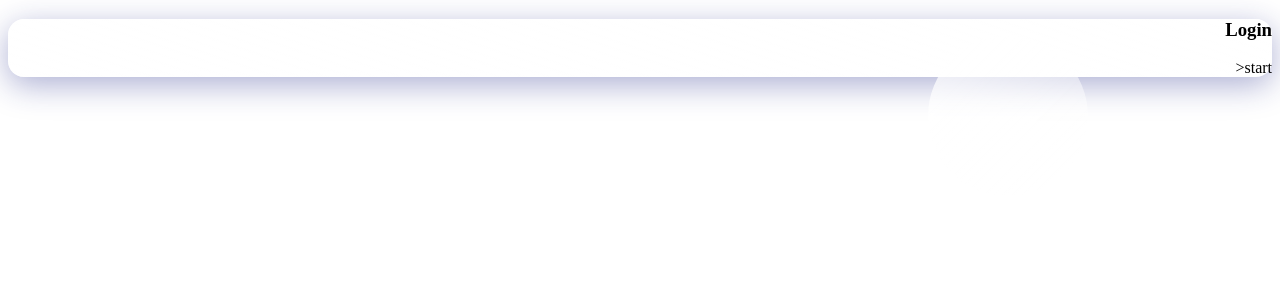
Repository: umarrg/isatmis
Page: /
The author's editor kept a copy of each file at every save. The page is drawn from the files as they stood at one save, then again after the next save.
The browser window is 1280 px wide. The pictures show the whole page.
The project was rebuilt for these pictures with package versions that can differ from the ones it lists, and the page was loaded fresh each time. Also part of the build but not shown: vue.config.js, src/views/Home.vue. Imported but missing from the stored project, and not drawn on this page: src/plugins/vuetify, src/views/about.vue, src/views/setting.vue.

Above is the page before, as saved 2021-01-26 12:02:11.

### public/index.html
<!DOCTYPE html>
<html lang="en">
  <head>
    <meta charset="utf-8">
    <meta http-equiv="X-UA-Compatible" content="IE=edge">
    <meta name="viewport" content="width=device-width,initial-scale=1.0">
    <link rel="icon" href="<%= BASE_URL %>favicon.ico">
    <title><%= htmlWebpackPlugin.options.title %></title>
    <link rel="stylesheet" href="https://fonts.googleapis.com/css?family=Roboto:100,300,400,500,700,900">
    <link rel="stylesheet" href="https://cdn.jsdelivr.net/npm/@mdi/font@latest/css/materialdesignicons.min.css">

  </head>
  <body>
    <noscript>
      <strong>We're sorry but <%= htmlWebpackPlugin.options.title %> doesn't work properly without JavaScript enabled. Please enable it to continue.</strong>
    </noscript>
    <div id="app"></div>
    <!-- built files will be auto injected -->
  </body>
</html>

### src/main.js
import Vue from 'vue'
import App from './App.vue'
import router from './router'
import vuetify from './plugins/vuetify';

Vue.config.productionTip = false,


new Vue({
  router,
  vuetify,
  render: h => h(App)
}).$mount('#app')

### src/App.vue
<template>
  <v-app>
    <navbar v-if="$route.meta.showHeader == true"/>
    <v-main>
      <router-view></router-view>
    </v-main>
  </v-app>
</template>

<script>
import navbar from '../src/components/Navbar'
export default {
  name: 'App',

  components: {
   navbar
  },

  data: () => ({
    //
  }),
};
</script>

### src/router/index.js
import Vue from 'vue'
import VueRouter from 'vue-router'
import Home from '../views/Home.vue'

Vue.use(VueRouter)

const routes = [
  {
    path: '/home',
    name: 'Home',
    component: Home,
    meta: {
      showHeader: true,
    },
  },
  {
    path: '/map',
    name: 'Map',

    meta: {
      showHeader: true,
    },
    // route level code-splitting
    // this generates a separate chunk (about.[hash].js) for this route
    // which is lazy-loaded when the route is visited.
    component: () => import(/* webpackChunkName: "about" */ '../views/map.vue')
  },
  {
    path: '/',
    name: 'Signin',

    meta: {
      showHeader: false,
    },
    // route level code-splitting
    // this generates a separate chunk (about.[hash].js) for this route
    // which is lazy-loaded when the route is visited.
    component: () => import(/* webpackChunkName: "about" */ '../views/signin.vue')
  },

  {
    path: '/about',
    name: 'About',

    meta: {
      showHeader: true,
    },
    // route level code-splitting
    // this generates a separate chunk (about.[hash].js) for this route
    // which is lazy-loaded when the route is visited.
    component: () => import(/* webpackChunkName: "about" */ '../views/about.vue')
  },


  {
    path: '/payment',
    name: 'Payment',

    meta: {
      showHeader: true,
    },
    // route level code-splitting
    // this generates a separate chunk (about.[hash].js) for this route
    // which is lazy-loaded when the route is visited.
    component: () => import(/* webpackChunkName: "about" */ '../views/payment.vue')
  },
  {
    path: '/setting',
    name: 'Setting',

    meta: {
      showHeader: true,
    },
    // route level code-splitting
    // this generates a separate chunk (about.[hash].js) for this route
    // which is lazy-loaded when the route is visited.
    component: () => import(/* webpackChunkName: "about" */ '../views/setting.vue')
  },


]

const router = new VueRouter({
  mode: 'history',
  base: process.env.BASE_URL,
  routes
})

export default router

### src/components/Navbar.vue
<template>
  <nav>
    <!-- <v-app-bar app flat color="white">
      <v-app-bar-nav-icon
        tile
        dark
        small
        @click="drawer = !drawer"
        class="black--text "
      ></v-app-bar-nav-icon>
      <v-spacer></v-spacer>
      <div>
        <v-menu offset-y>
          <template v-slot:activator="{ on, attrs }">
            <v-btn icon small class="mr-2" v-on="on" v-bind="attrs">
              <v-icon color="black">mdi-cog-outline</v-icon>
            </v-btn>
          </template>
        </v-menu>

        <v-btn to="/profile" v-rounded icon>
          <v-list-item-avatar color="black" class="ml-4">
            <v-img
              src="../assets/bi.png"
              size="30"
            ></v-img>
          </v-list-item-avatar>
        </v-btn> background: linear-gradient(
    to right bottom,
    rgba(255, 255, 255, 0.8),
    rgba(255, 255, 255, 0.3)
  );
      </div>
    </v-app-bar> -->
    <v-navigation-drawer
      v-model="drawer"
      app
      overlay-opacity=""
      fixed
      clipped
      style="
  background: linear-gradient(
    to right bottom,
    rgba(255, 255, 255, 0.8),
    rgba(255, 255, 255, 0.3)
  );
       box-shadow: 0 8px 32px 0 rgba(31, 38, 135, 0.37);
        backdrop-filter: blur(16px);
        -webkit-backdrop-filter: blur(16px);"
    >
      <v-layout column align-center>
        <v-flex class="mt-7 mb-8">
          <span class="text-h4 white--text font-weight-light">
            <span class="blue--text font-weight-black">I</span>
            <span class="blue--text font-weight-black">S</span>
            <span class="blue--text font-weight-black">A</span>
            <span class="blue--text font-weight-black">T</span>
            <span class="blue--text font-weight-black">M</span>
            <span class="blue--text font-weight-black">I</span>
            <span class="blue--text font-weight-black">S</span>
          </span>
        </v-flex>
      </v-layout>

      <v-list dense nav>
        <v-list-item
          class=""
          active-class=" blue--text border"
          v-for="link in links"
          :key="link.icon"
          :to="link.route"
        >
          <v-list-item-action>
            <v-icon>{{ link.icon }}</v-icon>
          </v-list-item-action>
          <v-list-item-content>
            <v-list-item-title class="font-weight-light">{{
              link.text
            }}</v-list-item-title>
          </v-list-item-content>
        </v-list-item>
      </v-list>
    </v-navigation-drawer>
  </nav>
</template>

<script>
export default {
  data: () => ({
    drawer: true,
    links: [
      { icon: "mdi-view-dashboard", text: "Dashboard", route: "/home" },
      { icon: "mdi-map", text: "Map", route: "/map" },
      {
        icon: "mdi-cog-outline",
        text: "Setting",
        route: "/setting",
      },

      { icon: "mdi-credit-card-outline", text: "Payment", route: "/payment" },
      { icon: "mdi-clock", text: "About", route: "/about" },
    ],

    offset: true,
  }),
};
</script>

<style>
.border {
  border-bottom: 4px solid #00b0f0;
}
.custom__card {
  color: linear-gradient(to right top, #65dfc9, #6cdbeb);
}
</style>

### src/views/signin.vue
<template>
  <v-app class="">
    <v-main class="custom__bg">
      <v-container fill-height>
        <v-col>
          <v-row justify="end" align="end">
            <v-col cols="4">
              <div>
                <div class="custom__card">
                  <v-card-text>
                    <div>
                      <v-row>
                        <v-col cols="5">
                          <v-divider class="mt-4"></v-divider
                        ></v-col>
                        <v-col cols="2"> <h3>Login</h3> </v-col>
                        <v-col cols="5">
                          <v-divider class="mt-4"></v-divider
                        ></v-col>
                      </v-row>
                    </div>
                    <v-col cols="12" class="px-0 py-1">
                      <v-text-field solo disabled label="Email">></v-text-field>
                    </v-col>
                    <v-col cols="12" class="px-0 py-1">
                      <v-text-field
                        solo
                        label="Passsword"
                        disabled
                      ></v-text-field>
                    </v-col>
                    <v-btn block to="/home" color="">start</v-btn>
                  </v-card-text>
                </div>
              </div>
            </v-col>
          </v-row>

          <!-- <div class="circle3"></div>
          <div class="circle4"></div> -->
        </v-col>
      </v-container>

    </v-main>
     <div class="circle1"></div>
      <div class="circle2"></div>
  </v-app>
</template>

<script>
export default {};
</script>

<style scoped>
.custom__bg {
  background: linear-gradient(to right top, #65dfc9, #6cdbeb);
}
.custom__card {
  background: white;
  background: linear-gradient(
    to right bottom,
    rgba(255, 255, 255, 0.7),
    rgba(255, 255, 255, 0.3)
  );
   box-shadow: 0 8px 32px 0 rgba(31, 38, 135, 0.37);

  backdrop-filter: blur(1rem);
  border-radius: 1rem;
}

.circle1,
.circle2 {
  background: white;
  background: linear-gradient(
    to right bottom,
    rgba(255, 255, 255, 0.8),
    rgba(255, 255, 255, 0.3)
  );
  height: 10rem;
  width: 10rem;
  position: absolute;
  border-radius: 50%;
}

.circle1 {
  top: 5%;
  right: 15%;
}
.circle2 {
  bottom: 5%;
  left: 10%;
}

.circle3,
.circle4 {
  background: white;
  background: linear-gradient(
    to right bottom,
    rgba(255, 255, 255, 0.8),
    rgba(255, 255, 255, 0.3)
  );
  height: 10rem;
  width: 10rem;

  border-radius: 50%;
}

.circle3 {
  top: 10%;
  right: 10%;
}
.circle4 {
  bottom: 15%;
  left: 20%;
}
</style>

After the next save:
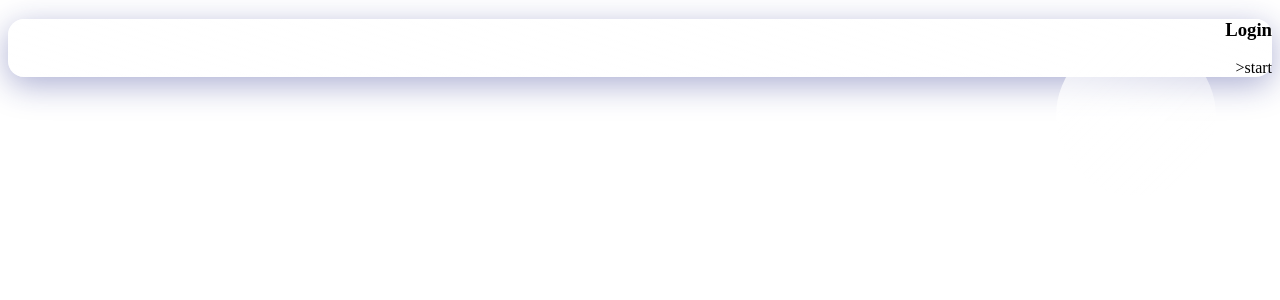
Saved 59 s later.
--- a/src/views/signin.vue
+++ b/src/views/signin.vue
@@ -84,7 +84,7 @@ export default {};
 
 .circle1 {
   top: 5%;
-  right: 15%;
+  right: 5%;
 }
 .circle2 {
   bottom: 5%;
